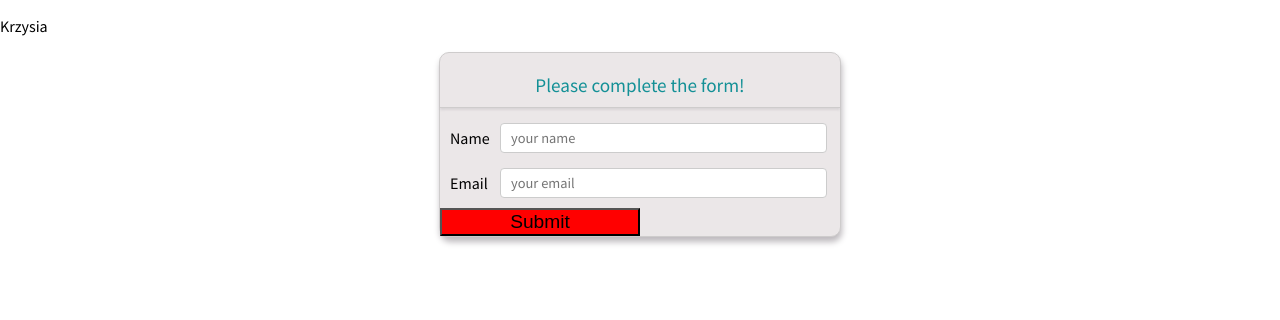
Repository: KrzysKolo/sr_tydzien4_zad2
Page: /
These files come from the project's save history. The page is drawn as it stood at one moment and after the next save; the edit follows.
The browser window is 1280 px wide. The pictures show the whole page.
The project was rebuilt for these pictures with package versions that can differ from the ones it lists, and the page was loaded fresh each time. Also part of the build but not shown: src/components/formComponents/ErrorMessage.js, src/components/formComponents/Message.js.

Above is the page before, as saved 2020-11-27 17:17:01.

### src/index.css
@import url("https://fonts.googleapis.com/css?family=Source+Sans+Pro");
body {
  margin: 0;
  font-family: "Source Sans Pro", sans-serif;
}

code {
  font-family: source-code-pro, Menlo, Monaco, Consolas, "Courier New",
    monospace;
}

### src/App.js
import React from 'react'
import Form from './components/Form';

function App() {
  return (
    <div>
      <p>Krzysia</p>
      <Form />
    </div>
  )
}

export default App

### src/components/Form.js
import React, { Component } from 'react';
import Input from './formComponents/Input';
import Button from './formComponents/Button';
import Header from './formComponents/Header';
import Message from './formComponents/Message';
import styled from 'styled-components';

const ContainerForm = styled.form`
width: 80%;
max-width: 400px;
background: rgb(235, 231, 232);
border: 1px solid rgb(206, 204, 204);
border-radius: 10px;
box-shadow: 1px 5px 6px rgb(189, 185, 189);
margin: 0 auto;
`;

class Form extends Component {

state = {
    Name: '',
    Email: '',
    message: '',
    errors: {
        Name: false,
        Email: false,
        }
}
message = {
    Name_incorrect: "Nazwa musi być dłuższa niż 5 znaków i nie może zawierać spacji",
    Email_incorrect: "Brak @ lub adres zawiera spacje",
}

handleChange = e =>{
    const inputName = e.target.name;
    const type = e.target.type
    if(type === "text" || type === "email") {
        const value = e.target.value;
        this.setState({
            [inputName] : value,
        })
    }
}
onSubmit = e => {
    e.preventDefault();
    const validation = this.formValidation();
    if(validation.correct) {
      this.setState({
        Name: "",
        Email: "",
        message: "The form has been submitted!",
        errors: {
          Name: false,
          Email: false,
        }
      })
      console.log(this.state.message);
    } else {
      this.setState({
        errors: {
          Name: !validation.Name,
          Email: !validation.Email,
        }
      })
    }
}

formValidation = () => {
    let Name = false;
    let Email = false;
    let correct = false;
    if(this.state.Name.length > 5) {
      Name = true;
    }
    if(this.state.Email.indexOf('@') !== -1 && this.state.Email.lastIndexOf(' ') === -1) {
      Email = true;
    }
    if (Name && Email){
        correct = true;
      }
   return ({
      Name,
      Email,
      correct,

    })

  }

    render () {

    return (
        <ContainerForm onSubmit={this.onSubmit} noValidate>
          <Header />
          <Input type="text" placeholder="your name" value={this.state.Name} name="Name" onChange={this.handleChange} errorInfo={this.state.errors.Name} message={this.message.Name_incorrect} />
          <Input type="email" placeholder="your email" value={this.state.Email} name="Email" onChange={this.handleChange} errorInfo={this.state.errors.Email} message={this.message.Email_incorrect} />
          <Button type="submit" />
          {this.state.message && <Message message={this.state.message} /> }
        </ContainerForm>
    )
    }
}

export default Form

### src/components/formComponents/Input.js
import React from 'react'
import styled from 'styled-components';
import ErrorMessage from './ErrorMessage';
const InputDiv = styled.div`
    display: flex;
    flex-direction: row;
    align-content: center;
    margin: 0 auto;
    padding-top: 5px;

`;
const InputLabel = styled.label`
    width: 10%;
    font-size: 1rem;
    padding: 5px 10px;
`;
const inputStyles = errorInfo => `
    width: 80%;
    max-width: 305px;
    padding: 5px 10px;
    border: 1px solid ${errorInfo ? '#d3170d' : '#ccc'};
    border-radius: 4px;
    font-family: inherit;
    font-size: 0.9rem;
    ${!errorInfo && 'margin-bottom: 10px;'}
`;
const InputError = styled.input`
    ${props => inputStyles(props.errorInfo)}
`;

const Input = (props) => {
    const { name, message, errorInfo }= props;
    return (
        <>
            <InputDiv>
                <InputLabel>{name} </InputLabel>
                <InputError {...props} errorInfo={errorInfo} message={message}/>
            </InputDiv>
            {errorInfo && <ErrorMessage message={message} /> }
        </>
    )

}

export default Input;

### src/components/formComponents/Button.js
import React from 'react'
import styled from 'styled-components';

const BtnSubmit = styled.button`
 width: 200px;
 background: red;
 font-size: 1.2rem;
`;

const Button = () => {
    return (
        <BtnSubmit>Submit</BtnSubmit>
    )
}

export default Button;

### src/components/formComponents/Header.js
import React from 'react';
import styled from 'styled-components';

const HeaderTitle = styled.header`
    border-bottom: 1px solid rgb(206, 204, 204);
    box-shadow: 0 2px 2px rgba(189, 185, 189, 0.4);
    color: rgb(19, 144, 150);
    font-size: 1.2rem;
    font-wight: 900;
    padding: 10px;
    margin: 10px auto;
    text-align: center;

`;

const Header = () => {
    return (
        <HeaderTitle>
            Please complete the form!
        </HeaderTitle>
    )
}

export default Header;

Loaded but not shown: public/index.html (common file); src/index.js (common file)

After the next save:
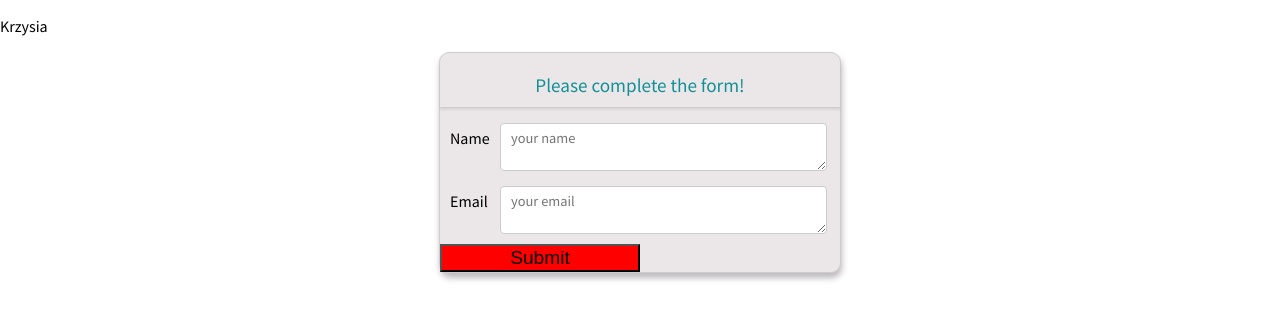
Saved 35 s later.
--- a/src/components/formComponents/Input.js
+++ b/src/components/formComponents/Input.js
@@ -24,7 +24,7 @@ const inputStyles = errorInfo => `
     font-size: 0.9rem;
     ${!errorInfo && 'margin-bottom: 10px;'}
 `;
-const InputError = styled.input`
+const InputError = styled.textarea`
     ${props => inputStyles(props.errorInfo)}
 `;
 
